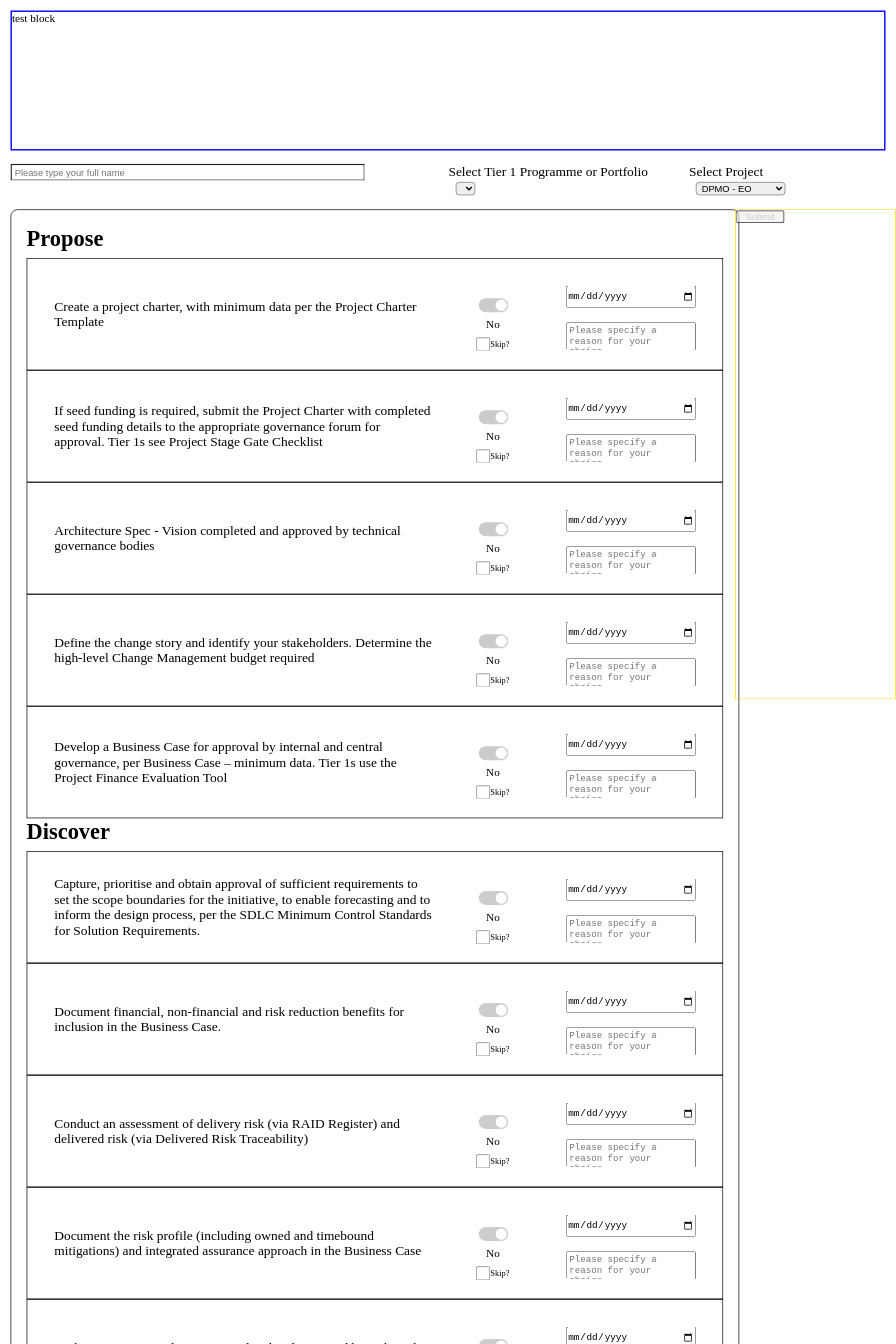
Repository: I-Alpha/JQuery-Html-form
Page: Project-form.html
The author's editor kept a copy of each file at every save. The page is drawn from the files as they stood at one save, then again after a run of saves.
The browser window is 1280 px wide. The pictures show the part of the page from y = 0 to 1920 px (the page is 8731 px tall), at 70% of full size.

Above is the page before, as saved 2020-10-27 01:07:51.

### Project-form.html
<!DOCTYPE html>
<html lang="en">

<head>
    <meta charset="UTF-8">
    <meta name="viewport" content="width=device-width, initial-scale=1.0">
    <link rel="preload" type="fetch" id="Excelfile" name="Excelfile" value="QuestionData.xlsx" />
    <script src="https://ajax.googleapis.com/ajax/libs/jquery/3.5.1/jquery.min.js"></script>
    <script src="https://cdnjs.cloudflare.com/ajax/libs/xlsx/0.14.5/xlsx.full.min.js"></script>
    <script src="https://cdnjs.cloudflare.com/ajax/libs/babel-polyfill/6.26.0/polyfill.js"></script>
    <script src="https://cdnjs.cloudflare.com/ajax/libs/xlsx/0.8.0/jszip.js"></script>
    <script src="https://cdnjs.cloudflare.com/ajax/libs/xlsx/0.8.0/xlsx.js"></script>
    <script src="main.js"></script>
    <link rel="stylesheet" href="main.css" />
    </style>
    <title>Document</title>
</head>

<body style=" display:flex; flex-direction: column; padding: 15px">
    <div id="testblock" name="testblock" style="border:2px solid blue; width: 100%; min-height:200px">test block</div>


    <div id="mainwrapper" style="justify-content: center;">
        <div id="preBar" class="container">
            <div id="formControl" class="container">    <input type= "text" id= "fullname" class= "required" placeholder="Please type your full name"></input>
                <label for="selectPorfolio">Select Tier 1 Programme or Portfolio
                    <select name="selectPorfolio" id="selectPorfolio" style=" margin :0 0 0 10px; max-width:8rem;"
                        placeholder="Select Portfolio"></select></label>
                <label for="selectProject">Select Project
                    <select name="selectProject" id="selectProject" style=" margin :0 0 0 10px; max-width:8rem; "
                        placeholder="Select Portfolio"></select></label>
            </div>

        </div>
        <div id="formContainer" class="container">
            <div id="wrapper">
                <form id="form1">

                    <table class="hidden">
                        <tr>
                            <td colspan=4 class="questCol">
                                <label class="questionLabel" for="mainCheck"></label>
                            </td>
                            <td colspan=1 class="inputCol">
                                <span class="inputContainer">
                                    <span class="mainCheckContainer" style=" display:flex; flex-direction: column;">
                                        <label class="switch">
                                            <input class="mainCheck" type="checkbox" checked>
                                            <span class="slider  round"></span>
                                        </label>
                                        <p for="mainCheck" class="mainChoice" data-val="Yes">No</p>
                                    </span>
                                    <span class="skipContainer" style="left : 6px; display:flex; ">
                                        <input class="skipCheck" type="checkbox">
                                        <p class="skipChoice">Skip?</p>
                                    </span>

                                </span>
                            </td>
                            <td colspan=2 class="altCol">
                                <input type="date" min="getDate()">
                                <textarea type="text"
                                    placeholder="Please specify a reason for your choice...."></textarea>
                            </td>
                        </tr>
                    </table>

                </form>
            </div><div></div>
            <div id= "progressBar"  style ="border : 1px solid gold ; width :230px; right: 0;  position: fixed; height: 700px">
            <button style="order:1; margin:0;" class = "disabled"id="submitbtn" type="submit" form="form1" value="Submit">Submit</button>
        </div>
        </div>

    </div>

</body>

</html>

### main.css

    * {
        box-sizing: border-box;
        margin: 0;
        padding: 0;
        color: black;

    }

    html {
        width: 100%;
        height: 100%;

    }


    label{
        font-size:.9rem;
       }

    body {
        width: 100%;
        height: 100%;
        display: flex;
        position: relative;
        flex-direction: column;
    }

    .hidden{
    display:none;
    visibility: none;
    opacity: 0;
   position:absolute;
    }
    .center {

        text-align: center;
    }

    .container {
        display: flex;
        position: relative;
    }


    h1 {
        margin-bottom: 10px;
    }

    #wrapper {
        border: solid 1px black;
        border-radius: 10px;
        padding: 20px;
        margin-bottom: 10px;

    }

    #mainwrapper{
        max-width: 98%;
    }
    p {
        color: black;
        font-size: 1rem;
        height: auto;
        width: auto;
    }

 .disabled{
     opacity: 60%;
     color:darkgray;
     pointer-events: none;
 }
  form{
      width:100%;
      height : auto;
  }

    .skipContainer {
        position: relative;
        align-items: center;
        left: 0;
        display: flex;
        margin-top: 10px;
    }

    .skipCheck {
        width: 20px;
        height: 20px;

    }

    .skipChoice {font-size: 12px;}


    .skipChoice,
    .skipCheck {
        position: relative;
        left: -10px;
    }

    /* slider */
    .switch {
        position: relative;
        display: inline-block;
        width: 42px;
        height: 20px;
    }

    .switch input {
        opacity: 0;
        width: 0;
        height: 0;
    }

    .slider {
        position: absolute;
        cursor: pointer;
        top: 0;
        left: 0;
        right: 0;
        bottom: 0;
        background-color: #ccc;
        -webkit-transition: .4s;
        transition: .4s;
    }

    .slider:before {
        position: absolute;
        content: "";
        height: 16px;
        width: 16px;
        right:2px;
        bottom: 2px;
        background-color: white;
        -webkit-transition: .4s;
        transition: .4s;
    }

    .mainCheck:checked+.slider {
        background-color: #2196F3;
    }

    .mainCheck:focus+.slider {
        box-shadow: 0 0 1px #2196F3;
    }

    .mainCheck:checked+.slider:before {
        -webkit-transform: translateX(-23px);
        -ms-transform: translateX(-23px);
        transform: translateX(-23px);
    }

    /* Rounded sliders */
    .slider.round {
        border-radius: 34px;
    }

    .slider.round:before {
        border-radius: 50%;
    }

    /*end of slider section*/

    button {
        margin: 10px;
        width: 70px;
        border-radius: 4px;
    }

    td {
         display: flex;
         flex-direction: column;
    }
    td > *{
         padding : 5px 0;
    }


    tr{
        height:10rem;   border: 1px solid black;
        border-collapse: collapse;
}

tr::after{
    border: 1px solid green;
    height:1px;
    content: :" ";
    width: 100%;
    position: relative;
    display: block;
}

td.inputContainer {
    display: inline-block;
    height:100%;
}

td.inputCol{
    display:flex;
    position: relative;
    text-align: center;
    align-items:center;
    min-height:100%;

}

  .questCol textarea{

   padding:  2px  3px;
   display: block;
   position: relative;
   min-width: 95%;
}



/* iPads (portrait and landscape) ----------- */
@media only screen
and (min-device-width : 768px)
and (max-device-width : 1024px) {
/* Styles */
}

/* iPads (landscape) ----------- */
@media only screen
and (min-device-width : 768px)
and (max-device-width : 1024px)
and (orientation : landscape) {
/* Styles */
}

/* iPads (portrait) ----------- */
@media only screen
and (min-device-width : 768px)
and (max-device-width : 1024px)
and (orientation : portrait) {
/* Styles */
}

/* Desktops and laptops ----------- */
@media only screen
and (min-width : 1224px) {
/* Styles */

 label {
     font-size: 1.2rem;
 }

#wrapper{
     min-width: 85%;
     height:auto;
    }

    .inputContainer{

        position: relative;
        top:15px;
     }

    td.inputCol{
        position: absolute;
        vertical-align: middle;


    }

    td {
        position: relative;
        justify-content: center;
        padding:10px 15px;}

    .questCol{
        position: relative;
        padding-right: 5px;
        max-width:35rem;
    }

    td.altCol{
        position: relative;
        height: 100%;
    }
     textarea{
        resize: none;
        display: block;
        font-size: 13px;
        text-align: start;
        align-content: flex-start;
         width:100%;
         top:10px;
         position: relative;
         margin-top:10px;
         padding: 4px 4px;
         align-items: flex-start;
    }

     td.altCol input {
         width:100%;
     }

    tr{
        display: flex;
        flex-direction: row;
        border: 1px solid black;
        border-collapse: collapse;
        justify-content: space-around;

    }


  #preBar{
   display: grid;
   flex-direction: row;
     grid-column: 3;
   margin : 10px 0;
  }



  #preBar >{
 display: flex;
 height:2rem;

  }

  #preBar label select{
    border-radius:5px;
    padding:0 3px;
  }

  #radioBtnBox label{
    margin: 0 20px;
  }

  #radioBtnBox label input{
    margin: 0 10px;
  }
  #radioBtnBox{
    margin-left:90px;
    border:1px solid black;
    padding: 10px 0;
}

#formControl select{

    margin: 0px 10px 0  0;
}
#formControl label{
   margin:10px;
    align-items:center;

}

 #fullname{
     position: relative;
     max-height:1.5rem;
     bottom:-9.2px;
     width: 32rem;
    border-radius:2px;
    padding:0 4px;
    margin-right:110px;
    }

#form1 {


    position: relative;
display: flex;
flex-direction: column;
}

table{
    width:100%;
}


.mainChoice {
    display: flex;
    margin-top: 8px;
    left:10px;
    position: relative;
}

#formContainer{


}

td.inputContainer {
    display: inline-block;
    height:100%;
}

td.inputCol{
    display:flex;
    position: relative;
    vertical-align: middle;
    text-align: center;
    align-items:center;
    min-height:100%;

}
}

/* Large screens ----------- */
@media only screen
and (min-width : 1824px) {
/* Styles */
}

/* iPhone 4 ----------- */
@media
only screen and (-webkit-min-device-pixel-ratio : 1.5),
only screen and (min-device-pixel-ratio : 1.5) {
/* Styles */
}

Loaded but not shown: main.js (514 lines, source omitted)

After the next 3 saves:
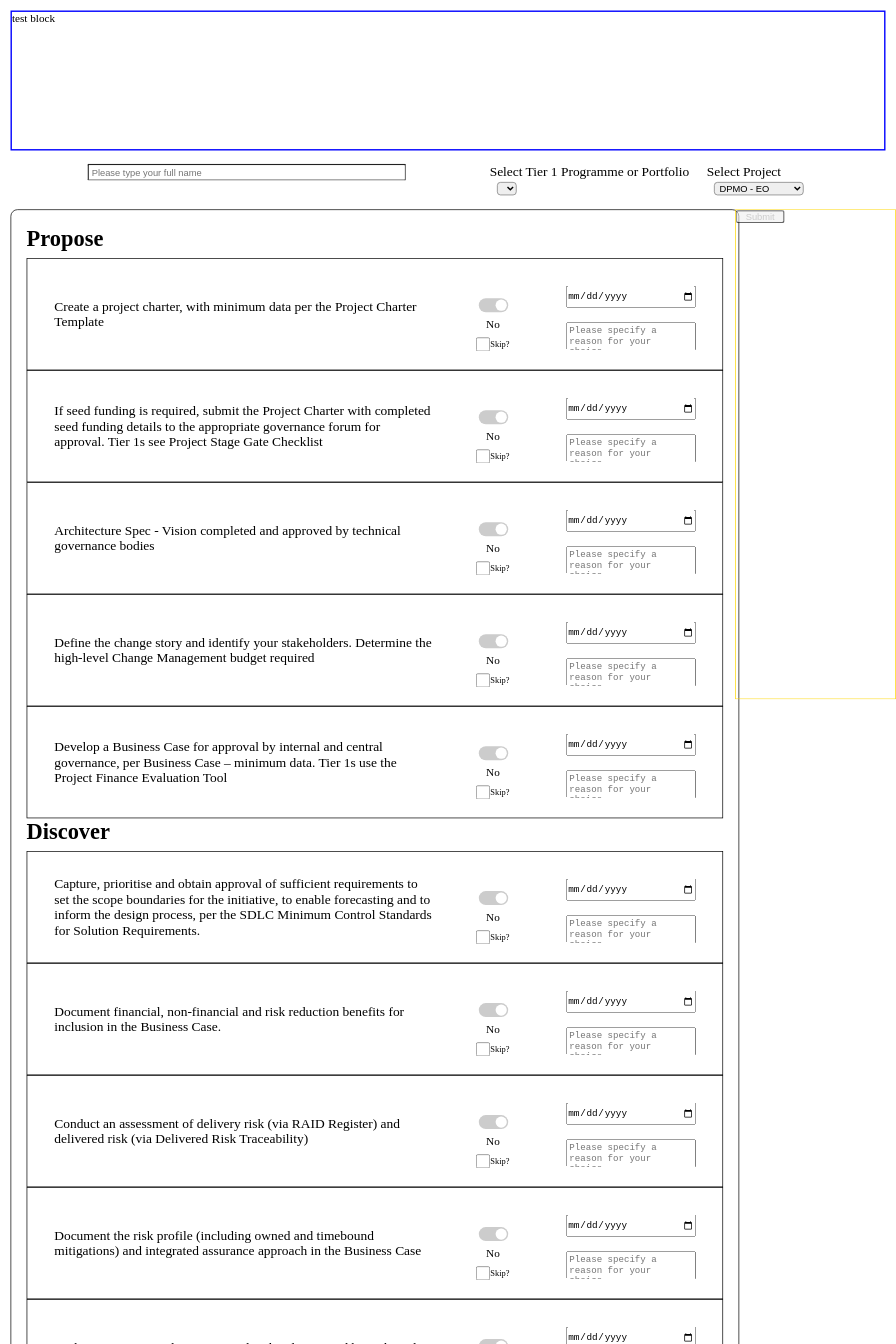
The 3 saves are shown as one change because they came seconds apart.
The last was saved 52 s later.
--- a/main.css
+++ b/main.css
@@ -357,7 +357,7 @@ and (min-width : 1224px) {
      width: 32rem;
     border-radius:2px;
     padding:0 4px;
-    margin-right:110px;
+    margin: 0 110px;
     }
 
 #form1 {
